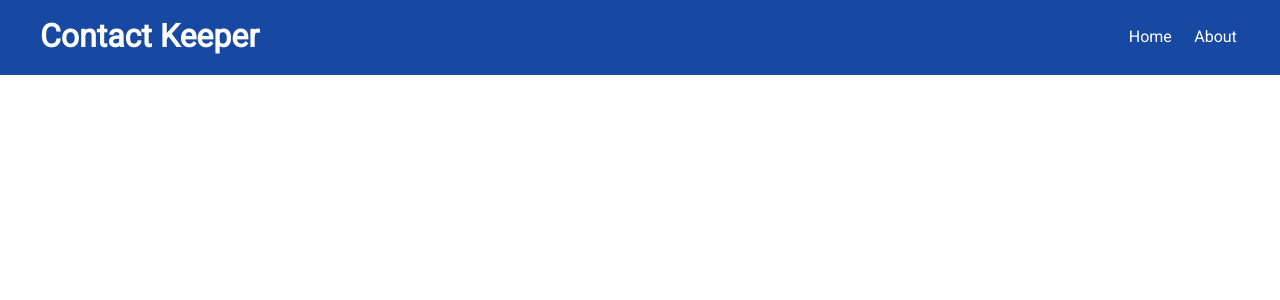
Repository: Art101-ui/Contact-keeper
Page: /login (app in client/)
These files come from the project's save history. The page is drawn as it stood at one moment and after the next save; the edit follows.
The browser window is 1280 px wide. The pictures show the whole page.
Some icons come from a web library that is not loaded, so they are not drawn. Some web libraries are served in a nearby version. The project was rebuilt for these pictures with package versions that can differ from the ones it lists, and the page was loaded fresh each time. A package was used in the major version that the imports need, not the one package.json lists. Also part of the build but not shown: client/src/components/pages/Home.js, client/src/components/pages/About.js.

Above is the page before, as saved 2021-09-18 10:12:12.

After the next save:
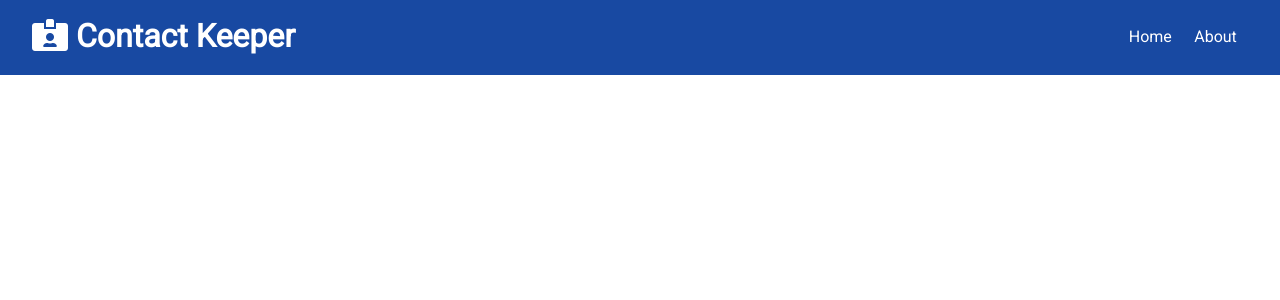
Saved 62 s later.
--- a/client/src/components/layout/Navbar.js
+++ b/client/src/components/layout/Navbar.js
@@ -29,7 +29,7 @@
 
 Navbar.defaultProps = {
     title: "Contact Keeper",
-    icon: "fas fa-id-card-all"
+    icon: "fas fa-id-card-alt"
 }
 
 export default Navbar
